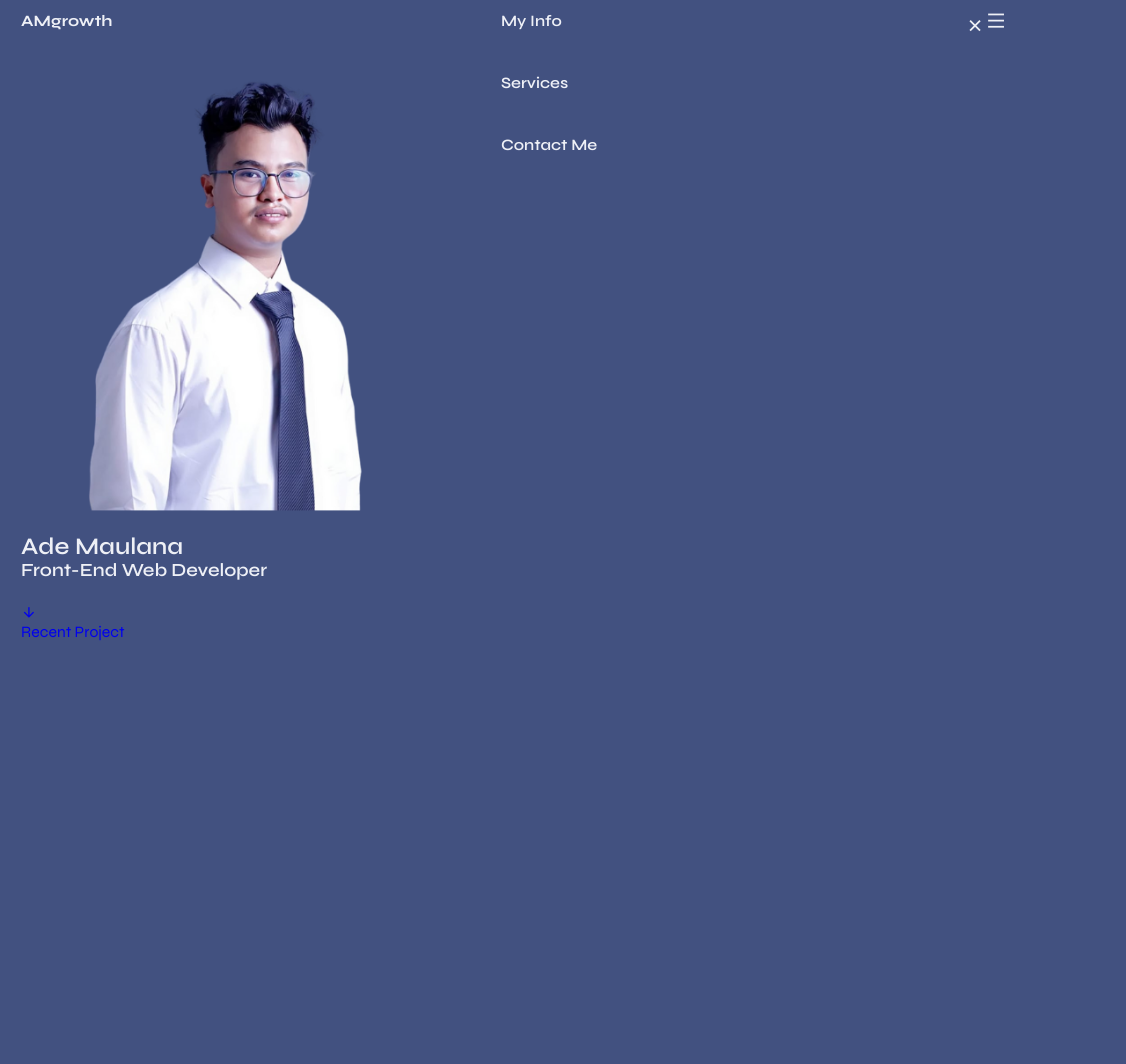
Repository: Ademaulana100499/portofolio
Page: index.html
An editor plug-in stored every save of this project. The page is shown before and after the next save, followed by the edit.
The browser window is 1280 px wide. The pictures show the whole page, at 88% of full size.
Some web fonts or font styles are not loaded; a fallback is used.

Above is the page before, as saved 2024-11-28 16:54:38.

### index.html
<!DOCTYPE html>
<html lang="en">
  <head>
    <meta charset="UTF-8" />
    <meta name="viewport" content="width=device-width, initial-scale=1.0" />
    <title>AMgrowth</title>
    <link rel="shortcut icon" href="assets/img/Favicon.png" />
    <link
      href="https://cdn.jsdelivr.net/npm/remixicon/fonts/remixicon.css"
      rel="stylesheet"
    />
    <link rel="stylesheet" href="assets/css/style.css" />
  </head>
  <body>
    <!-- HEADER -->
    <header class="header" id="header">
      <nav class="nav container">
        <a href="#" class="nav__logo">AMgrowth</a>
        <div class="nav__menu" id="nav-menu">
          <ul class="nav__list">
            <li>
              <a href="#home" class="nav__link">Home</a>
            </li>
            <li>
              <a href="#project" class="nav__link">Project</a>
            </li>
            <li>
              <a href="#info" class="nav__link">My Info</a>
            </li>
            <li>
              <a href="#services" class="nav__link">Services</a>
            </li>
            <li>
              <a href="#contact" class="nav__link">Contact Me</a>
            </li>
          </ul>
          <!-- Close Button -->
          <div class="nav__close" id="nav-close">
            <i class="ri-close-line"></i>
          </div>
        </div>

        <!-- Toggle Button -->
        <div class="nav__toggle" id="nav-toggle">
          <i class="ri-menu-line"></i>
        </div>
      </nav>
    </header>

    <!-- MAIN -->
    <main class="main" id="main">
      <!-- HOME -->
      <section class="home section" id="home">
        <div class="home__container container grid">
          <img src="assets/img/Photo.png" alt="image" class="home__img" />
          <div class="home__data">
            <h1>Ade Maulana</h1>
            <h3>Front-End Web Developer</h3>
          </div>
          <a href="#project" class="home__scroll">
            <div class="home__scroll-box">
              <i class="ri-arrow-down-line"></i>
            </div>
            <span class="home__scroll-text">Recent Project</span>
          </a>
        </div>
      </section>
      <!-- PROJECT -->
      <section class="project section" id="project"></section>
      <!-- INFO -->
      <section class="info section" id="info"></section>
      <!-- SERVICES -->
      <section class="services section" id="services"></section>
      <!-- CONTACT -->
      <section class="contact section" id="contact"></section>
    </main>

    <!-- FOOTER -->
    <footer class="footer" id="footer"></footer>
    <!-- SCROLL UP -->
    <!-- SCROLLREVEAL -->
    <script src=""></script>
    <!-- EMAIL JS -->
    <script src=""></script>
    <!-- MAIN JS -->
    <script src="assets/js/main.js"></script>
  </body>
</html>

### assets/css/style.css
@import url("https://fonts.googleapis.com/css2?family=Kite+One&family=Oooh+Baby&family=Orelega+One&family=Poppins:ital,wght@0,100;0,200;0,300;0,400;0,500;0,600;0,700;0,800;0,900;1,100;1,200;1,300;1,400;1,500;1,600;1,700;1,800;1,900&family=Syne:wght@400..800&display=swap");

/* VARIABLE CSS */
:root {
  --header-height: 3rem;

  /* Colors */
  --hue: 230;
  --first-color: hsl(var(--hue), 55%, 55%);
  --first-color-light: hsl(var(--hue), 55%, 65%);
  --first-color-alt: hsl(var(--hue), 50%, 50%);
  --title-color: hsl(var(--hue), 30%, 95%);
  --text-color: hsl(var(--hue), 20%, 80%);
  --text-color-light: hsl(var(--hue), 20%, 70%);
  --body-color: hsl(225, 32%, 38%);
  --container-color: hsl(var(--hue), 40%, 20%);

  /* Font and typography */
  --body-font: "Syne", sans-serif;
  --biggest-font-size: 3rem;
  --h1-font-size: 1.5rem;
  --h2-font-size: 1.25rem;
  --h3-font-size: 1rem;
  --normal-font-size: 0.938rem;
  --small-font-size: 0.813rem;

  /* Font weight */
  --font-regular: 400;
  --font-semi-bold: 600;
  --font-bold: 700;

  /* z index */
  --z-tooltip: 10;
  --z-fixed: 100;
}
/* Responsive typography */
@media screen and (min-width: 1150px) {
  :root {
    --biggest-font-size: 5.5rem;
    --big-font-size: 2.75rem;
    --h1-font-size: 2.25rem;
    --h2-font-size: 1.5rem;
    --h3-font-size: 1.25rem;
    --normal-font-size: 1.125rem;
    --small-font-size: 0.875rem;
  }
}

/* BASE */
* {
  margin: 0;
  padding: 0;
  box-sizing: border-box;
}

html {
  scroll-behavior: smooth;
}

body,
input,
textarea,
button {
  font-family: var(--body-font);
  font-size: var(--normal-font-size);
}

body {
  background-color: var(--body-color);
  color: var(--text-color);
}
input,
button,
textarea {
  outline: none;
  border: none;
}

h1,
h2,
h3 {
  color: var(--title-color);
  font-weight: var(--font-semi-bold);
}
p {
  line-height: 130%;
}

ul {
  list-style: none;
}

a {
  text-decoration: none;
}

img {
  display: block;
  max-width: 100%;
  height: auto;
}

/* REUSABLE CSS CLASSES */
.container {
  max-width: 1120px;
  margin-inline: 1.5rem;
}

.grid {
  display: grid;
  gap: 1.5rem;
}

.section {
  padding-block: 5rem 2rem;
}

.section__title {
  font-size: var(--h1-font-size);
  text-align: center;
  margin-bottom: 2rem;
  font-weight: var(--font-bold);
}
main {
  overflow: hidden;
}

/* HEADER & NAV */
.header {
  position: fixed;
  width: 100%;
  top: 0;
  left: 0;
  background-color: transparent;
  z-index: var(--z-fixed);
}
.nav {
  position: relative;
  height: var(--header-height);
  display: flex;
  justify-content: space-between;
  align-items: center;
}

.nav__logo {
  color: var(--title-color);
  font-weight: var(--font-bold);
}
.nav__toggle,
.nav__close {
  font-size: 1.5rem;
  cursor: pointer;
  color: var(--title-color);
}
/* Navigation for mobile */
@media screen and (max-width: 1150px) {
  .nav__menu {
    position: fixed;
    top: 0;
    right: -100%;
    background-color: hsla(var(--hue), 70%, 4%, 0.2);
    backdrop-filter: blur(16px);
    -webkit-backdrop-filter: blur(16px);
    width: 80%;
    height: 100%;
    padding: 7rem 3rem;
    transition: right 0.4s;
  }
}
.nav__list {
  display: flex;
  flex-direction: column;
  row-gap: 3rem;
}
.nav__link {
  position: relative;
  color: var(--title-color);
  font-weight: var(--font-semi-bold);
  transition: color 0.4s;
}
.nav__link::after {
  content: "";
  width: 0;
  height: 2px;
  background-color: var(--first-color-light);
  position: absolute;
  left: 0;
  bottom: -0.5rem;
  transition: width 0.3s;
}
.nav__link:hover {
  color: var(--first-color-light);
}
.nav__link:hover::after {
  width: 30%;
}
.nav__close {
  position: absolute;
  top: 1rem;
  right: 1.5rem;
}

/* Show Menu */
.show-menu {
  right: 0;
}
/* Add blur to header */
/* Active link */

/* HOME */

### assets/js/main.js
const navMenu = document.getElementById("nav-menu"),
  navToggle = document.getElementById("nav-toggle"),
  navClose = document.getElementById("nav-close");

if (navToggle) {
  navToggle.addEventListener("click", () => {
    navMenu.classList.add("show-menu");
  });
}

if (navClose) {
  navClose.addEventListener("click", () => {
    navMenu.classList.remove("show-menu");
  });
}

const navLink = document.querySelectorAll(".nav__link");
const linkAction = () => {
  const navMenu = document.getElementById("nav-menu");
  navMenu.classList.remove("show-menu");
};
navLink.forEach((n) => n.addEventListener("click", linkAction));

After the next save:
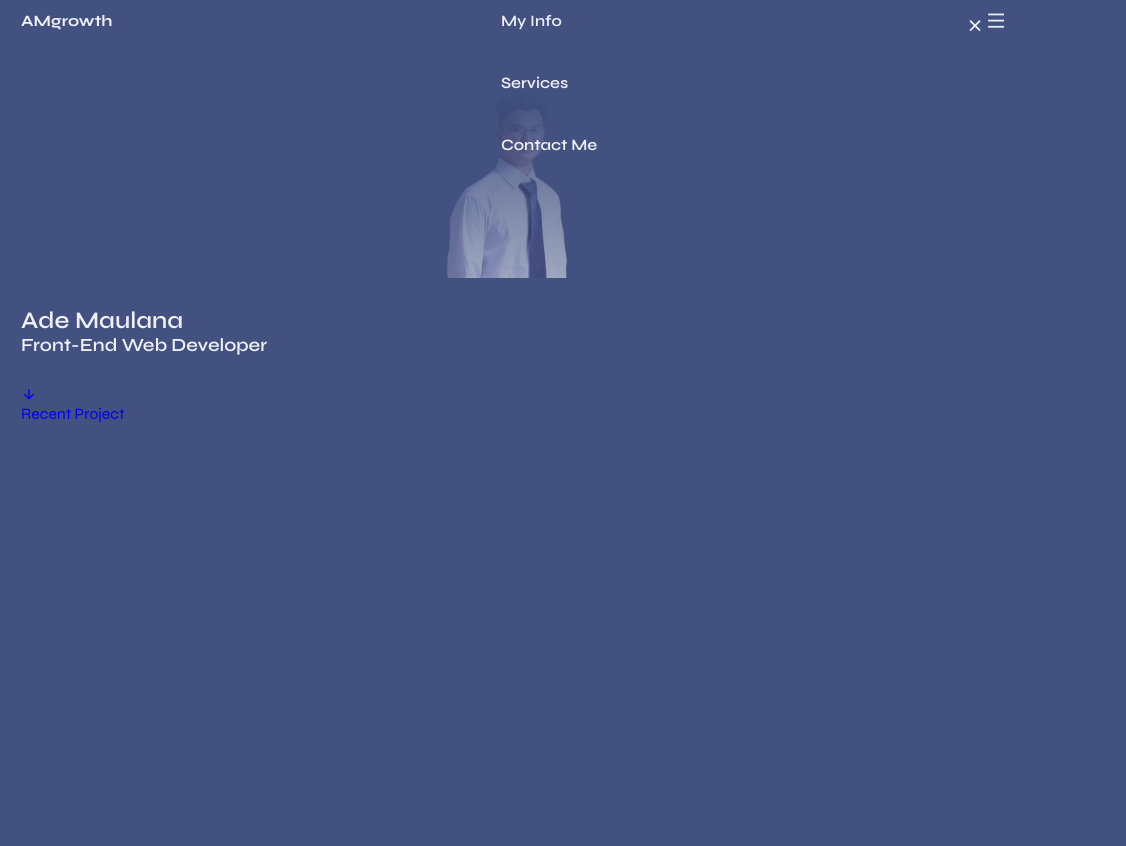
Saved 2 min 24 s later.
--- a/assets/css/style.css
+++ b/assets/css/style.css
@@ -208,3 +208,17 @@ main {
 /* Active link */
 
 /* HOME */
+.home__container {
+  row-gap: 2rem;
+  padding-top: 1rem;
+}
+
+.home__img {
+  width: 220px;
+  justify-self: center;
+  mask-image: linear-gradient(
+    to bottom,
+    hsla(0, 0%, 0%, 0),
+    hsla(0, 0%, 0%, 0.5)
+  );
+}
